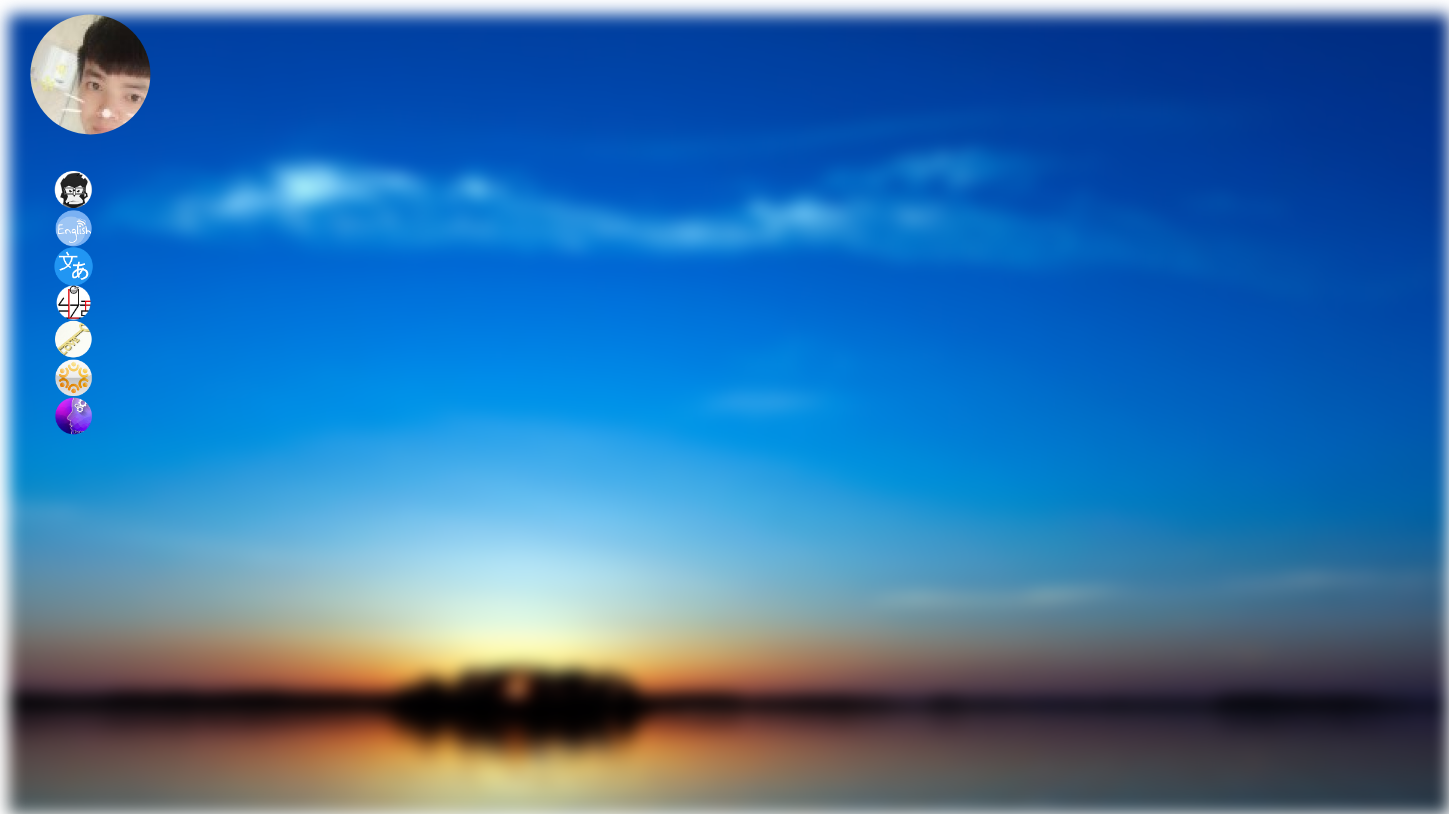
Repository: lidasi/monkeyLife
Page: http://localhost/monkeyLife/jsp/menubar.jsp
The author's editor kept a copy of each file at every save. The page is drawn from the files as they stood at one save, then again after the next save.
The browser window is 1280 px wide. The page is 1811 px wide, so the pictures cover 1811 px, including what lies to the right of the window. The pictures show the whole page, at 80% of full size.
The page is served by Tomcat 9.

Above is the page before, as saved 2017-07-13 09:15:11.

### workSpeaces/monkeyLife/WebContent/jsp/menubar.jsp
<%@ page language="java" contentType="text/html; charset=UTF-8"
    pageEncoding="UTF-8"%>
<!DOCTYPE html PUBLIC "-//W3C//DTD HTML 4.01 Transitional//EN" "http://www.w3.org/TR/html4/loose.dtd">
<html>
<head>
<meta http-equiv="Content-Type" content="text/html; charset=UTF-8">
<link rel="stylesheet" type="text/css" media="screen" href="../css/menu.css">
    <script type="text/javascript" src="../js/jquery.min.js"></script>
    <script type="text/javascript" src="../js/fisheye-iutil.min.js"></script>
    <script type="text/javascript" src="../js/jquery.jqDock.min.js"></script>
    <script type="text/javascript">
        $(function(){
        	 var height = 1000;
             var width = 1800;
             $("#menuImage").height(height).width(width);

            var jqDockOpts = {align: 'left', duration: 200, labels: 'tc', size: 48, distance: 85};
            $('#jqDock').jqDock(jqDockOpts);
        });
    </script>
</head>
<body>
	<div id="menuRelative">
		<div id="menuImage">
		</div>
		<div id="headPortrait"></div>
		<div id="dockContainer">
		    <ul id="jqDock">
		        <li><a class="img-circle" href="#"><img src="../image/dock/monkey.png"   alt="Home" title="猿生活&nbsp;" /></a></li>
		        <li><a class="img-circle" href="#"><img src="../image/dock/English.png"  alt="Contact" title="EnglishStudy&nbsp;" /></a></li>
		        <li><a class="img-circle" href="#"><img src="../image/dock/Japanese.png"  alt="portfolio" title="日本語の勉強&nbsp;" /></a></li>
		        <li><a class="img-circle" href="#"><img src="../image/dock/Life.png"  alt="music" title="日常生活&nbsp;Examples" /></a></li>
		        <li><a class="img-circle" href="#"><img src="../image/dock/Feeling.png"  alt="video" width="128" title="感情写照" /></a></li>
		        <li><a class="img-circle" href="#"><img src="../image/dock/Contacts.png"  alt="history" width="128" title="脉络抒写" /></a></li>
		        <li><a class="img-circle" href="#"><img src="../image/dock/Memory.png"  alt="calendar" width="128" title="记忆珍藏" /></a></li>
		    </ul>
		</div><!-- end div #dockContainer -->
	</div>

</body>
</html>

### workSpeaces/monkeyLife/WebContent/css/menu.css
@CHARSET "UTF-8";
#menuRelative{position:relative;
	width:200px;
	height:100%}
#menuImage{
	position:absolute;
	left:3px;
	top:10px;
/*    border: 1px solid #CCCCCC;
    padding:90px 5px 10px;*/
    background: url("../image/dock/backgroundImage.jpg") no-repeat;
    background-size: cover;
    -webkit-filter: blur(10px);
    -ms-filter: blur(10px);
    filter: progid:DXImageTransform.Microsoft.Blur(PixelRadius=10, MakeShadow=false);
    animation:mymove 5s infinite;
    -webkit-animation:mymove 5s infinite;
}
 @keyframes mymove
{
    0%   {top:10px; background:url("../image/dock/backgroundImage.jpg"); position:absolute;}
    50% {top:10px; background:url("../image/dock/background_001.jpg"); position:absolute;}
    100% {top:10px; background:url("../image/dock/backgroundImage.jpg"); position:absolute;}
}

@-webkit-keyframes mymove
{
    0%   {top:0px; background:url("../image/dock/backgroundImage.jpg" position:absolute;);
    }
    50%   {top:0px; background:url("../image/dock/background_001.jpg" position:absolute;);
    }
    100% {top:0px; background:url("../image/dock/backgroundImage.jpg" position:absolute;);
    }
}
#headPortrait {
	left: 30px;
	width: 150px;
	height: 150px;
	position: absolute;
	background: url("../image/dock/headPortrait.jpg") no-repeat;
	border-radius:50%;
	margin:10px auto;
}
#dockContainer {
	position: absolute;
	top: 150px;
	left: 20px; }
#iframeDiv {
	position: fixed;
	top: 60px;
	left: 20px; }
#jqDock {
	position: relative;
	bottom: 48px; }
#jqDock li {
	list-style: none;
	margin-bottom: 0px }
.jqDockLabel {
	background: #333;
	color: #fff;
	padding: 3px 10px;
	-webkit-border-radius: 10px;
	-moz-border-radius: 10px;
}

Loaded but not shown: workSpeaces/monkeyLife/WebContent/js/jquery.min.js (library); workSpeaces/monkeyLife/WebContent/js/fisheye-iutil.min.js (library); workSpeaces/monkeyLife/WebContent/js/jquery.jqDock.min.js (library)

After the next save:
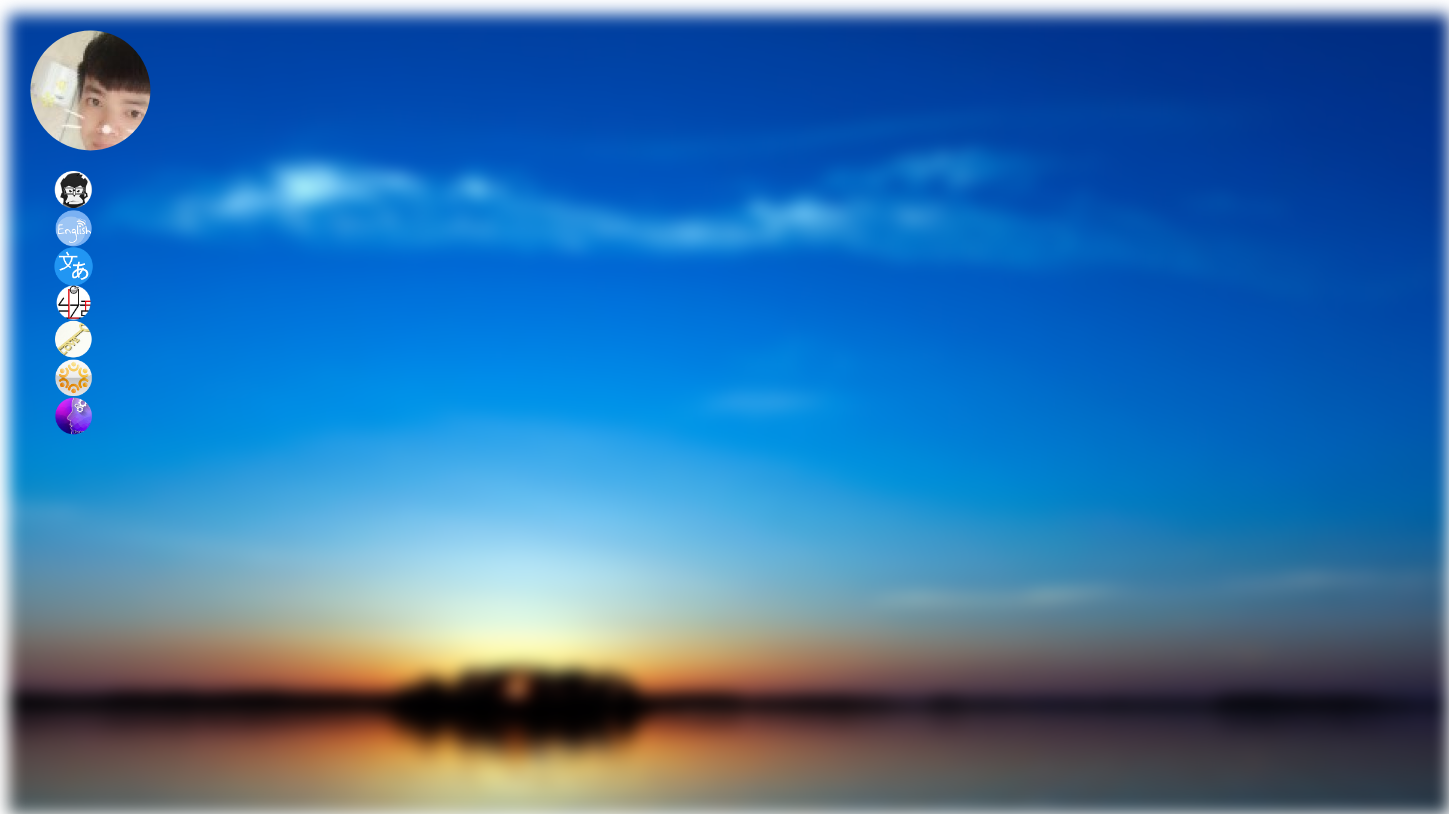
Saved 20 s later.
--- a/workSpeaces/monkeyLife/WebContent/css/menu.css
+++ b/workSpeaces/monkeyLife/WebContent/css/menu.css
@@ -34,6 +34,7 @@
 }
 #headPortrait {
 	left: 30px;
+	top: 20px;
 	width: 150px;
 	height: 150px;
 	position: absolute;
